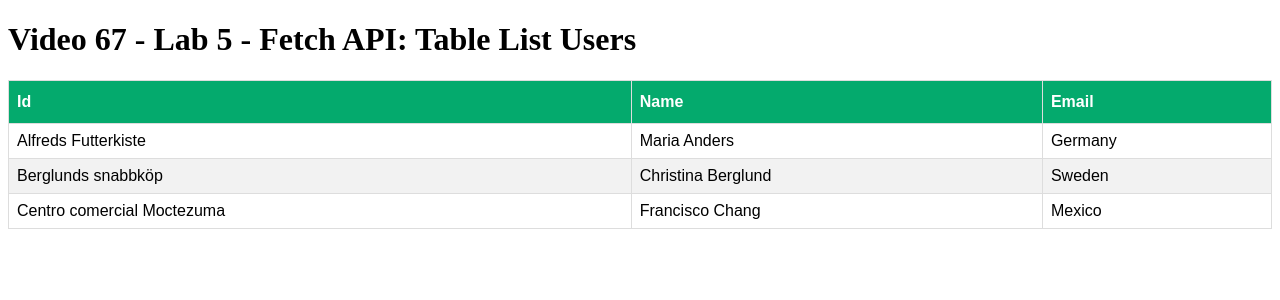
Repository: binhphanbp/JavaScript-TypeScript
Page: src/chapter07/video67-lab5/video67-lab5.html
An editor plug-in stored every save of this project. The page is shown before and after the next save, followed by the edit.
The browser window is 1280 px wide. The pictures show the whole page.

Above is the page before, as saved 2025-09-02 16:55:57.

### src/chapter07/video67-lab5/video67-lab5.html
<!DOCTYPE html>
<html lang="en">
  <head>
    <meta charset="UTF-8" />
    <meta name="viewport" content="width=device-width, initial-scale=1.0" />
    <title>Document</title>
    <style>
      #users {
        font-family: Arial, Helvetica, sans-serif;
        border-collapse: collapse;
        width: 100%;
      }

      #users td,
      #users th {
        border: 1px solid #ddd;
        padding: 8px;
      }

      #users tr:nth-child(even) {
        background-color: #f2f2f2;
      }

      #users tr:hover {
        background-color: #ddd;
      }

      #users th {
        padding-top: 12px;
        padding-bottom: 12px;
        text-align: left;
        background-color: #04aa6d;
        color: white;
      }
    </style>
  </head>

  <body>
    <h1>Video 67 - Lab 5 - Fetch API: Table List Users</h1>

    <table id="users">
      <thead>
        <th>Id</th>
        <th>Name</th>
        <th>Email</th>
      </thead>
      <tbody>
        <tr>
          <td>Alfreds Futterkiste</td>
          <td>Maria Anders</td>
          <td>Germany</td>
        </tr>
        <tr>
          <td>Berglunds snabbköp</td>
          <td>Christina Berglund</td>
          <td>Sweden</td>
        </tr>
        <tr>
          <td>Centro comercial Moctezuma</td>
          <td>Francisco Chang</td>
          <td>Mexico</td>
        </tr>
      </tbody>
    </table>

    <script src="./video67-lab5.js"></script>
  </body>
</html>

### src/chapter07/video67-lab5/video67-lab5.js
console.log('Video 67');

After the next save:
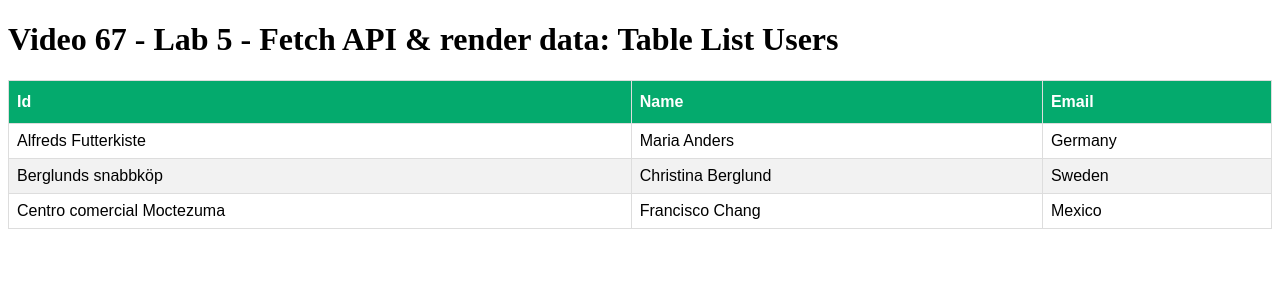
Saved 13 s later.
--- a/src/chapter07/video67-lab5/video67-lab5.html
+++ b/src/chapter07/video67-lab5/video67-lab5.html
@@ -36,7 +36,7 @@
   </head>
 
   <body>
-    <h1>Video 67 - Lab 5 - Fetch API: Table List Users</h1>
+    <h1>Video 67 - Lab 5 - Fetch API & render data: Table List Users</h1>
 
     <table id="users">
       <thead>
